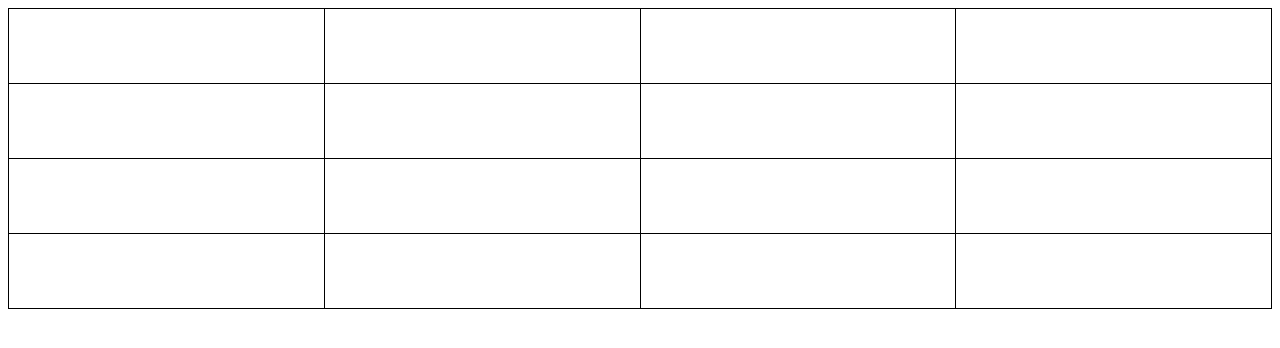
Repository: mrDav90/simple-htmlTable-generator
Page: index.html
An editor plug-in stored every save of this project. The page is shown before and after the next save, followed by the edit.
The browser window is 1280 px wide. The pictures show the whole page.

Above is the page before, as saved 2022-08-09 12:58:59.

After the next save:
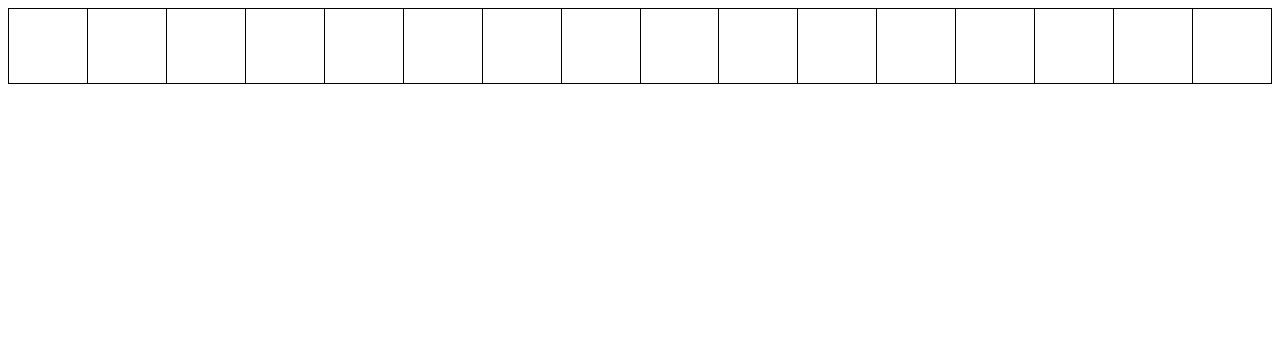
Saved 117 s later.
--- a/index.html
+++ b/index.html
@@ -17,12 +17,14 @@
 
 
         let table = document.createElement("table");
-        let tr = null;
+        let tr = document.createElement("tr");
 
+
+        // create
 
         // creation du table body
         for (let i = 0; i < 4; i++) {
-                tr = document.createElement("tr");
+                //tr = document.createElement("tr");
 
                 for (let j = 0; j < 4; j++) {
                     td = document.createElement("td");

After the save that followed:
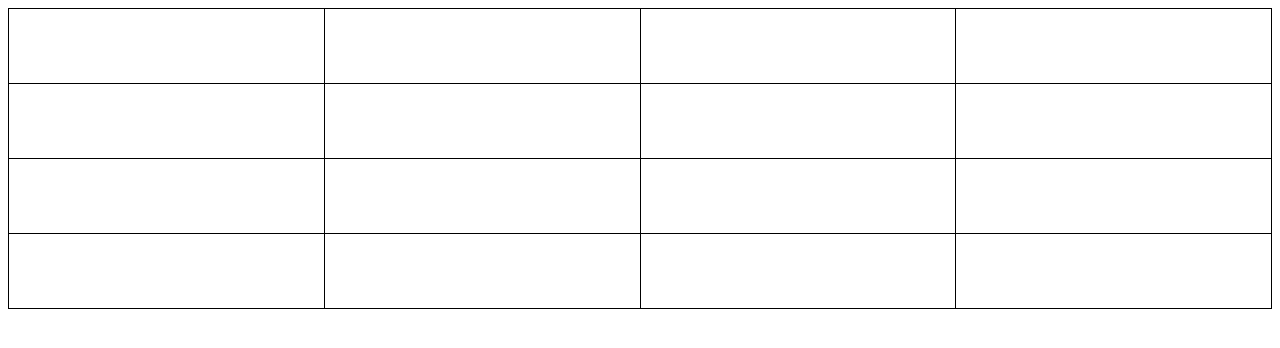
Saved 14 s later.
--- a/index.html
+++ b/index.html
@@ -17,14 +17,14 @@
 
 
         let table = document.createElement("table");
-        let tr = document.createElement("tr");
+        let tr = null;
 
 
         // create
 
         // creation du table body
         for (let i = 0; i < 4; i++) {
-                //tr = document.createElement("tr");
+                tr = document.createElement("tr");
 
                 for (let j = 0; j < 4; j++) {
                     td = document.createElement("td");
